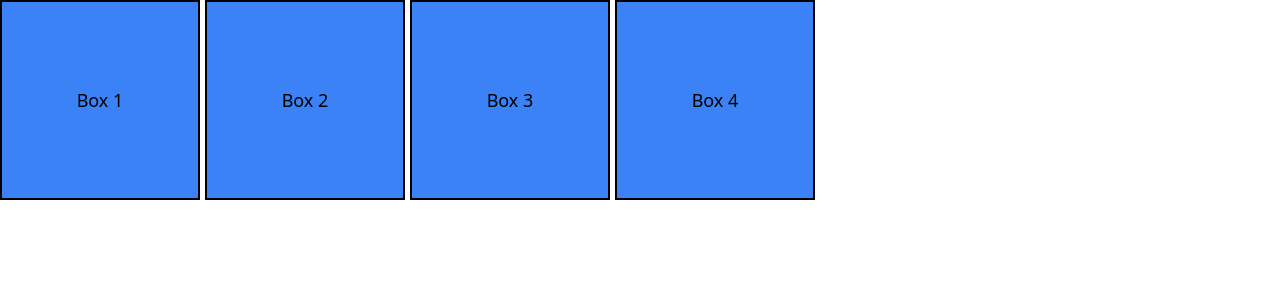
Repository: asadullah48/9th_class_nextjs
Page: /
The author's editor kept a copy of each file at every save. The page is drawn from the files as they stood at one save, then again after a run of saves.
The browser window is 1280 px wide. The pictures show the whole page.
The project was rebuilt for these pictures with package versions that can differ from the ones it lists, and the page was loaded fresh each time. The framework's server and built-in components were replaced by stand-ins that run in the browser. Also part of the build but not shown: next.config.ts.

Above is the page before, as saved 2024-11-21 09:57:35.

After the next 2 saves:
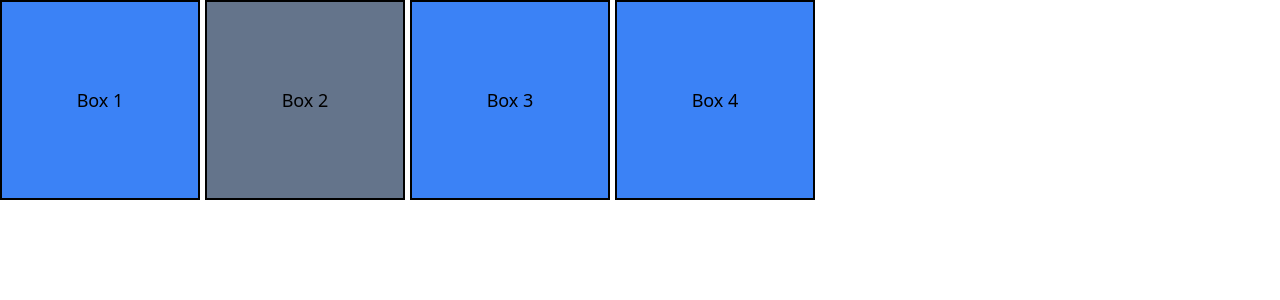
The 2 saves are shown as one change because they came seconds apart.
The last was saved 83 s later.
--- a/src/app/page.tsx
+++ b/src/app/page.tsx
@@ -9,7 +9,7 @@ function Home() {
     {/* <div className="box" id="box1">Box 1 </div>
     <div className="box" id="box2" >Box 2</div> */}
     <div className=" flex justify-center items-center h-[200px] w-[200px] bg-blue-500 border-2 border-black">Box 1 </div>
-    <div className="flex justify-center items-center h-[200px] w-[200px] bg-blue-500 border-2 border-black">Box 2</div>
+    <div className="flex justify-center items-center h-[200px] w-[200px] bg-slate-500 border-2 border-black">Box 2</div>
     <div className=" flex justify-center items-center h-[200px] w-[200px] bg-blue-500 border-2 border-black">Box 3 </div>
     <div className="flex justify-center items-center h-[200px] w-[200px] bg-blue-500 border-2 border-black">Box 4</div>
 
